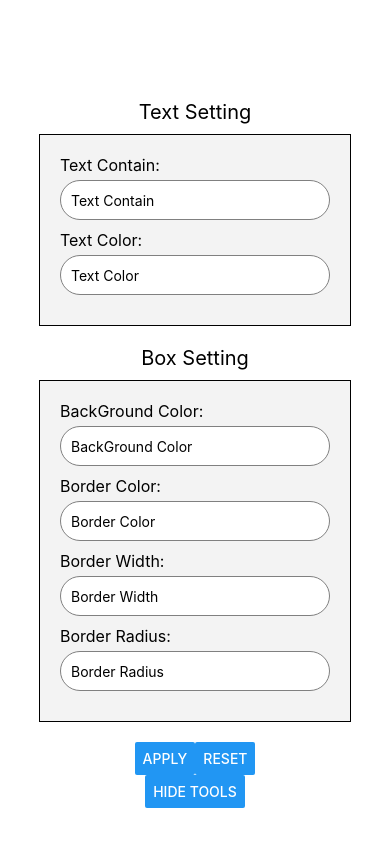
Repository: amirjavadikia/mobile-projectg
Screen: /
These files come from the project's save history. The screen is drawn as it stood at one moment and after a run of saves; the edit follows.
An inner scrolling area shows only its first screen. The app was drawn by React Native's web renderer in a window 390 px wide. The project was rebuilt for these pictures with package versions that can differ from the ones it lists, and the page was loaded fresh each time.

Above is the screen before, as saved 2024-05-13 22:24:29.

### App.tsx
//
// => BOXES PROJECT
//

// import React from 'react';
// import { View, Text, StyleSheet } from 'react-native';
// import { FontAwesomeIcon } from '@fortawesome/react-native-fontawesome';
// import { faGear } from '@fortawesome/free-solid-svg-icons/faGear';
// import { faLocationDot } from '@fortawesome/free-solid-svg-icons/faLocationDot';
// import { faAddressBook } from '@fortawesome/free-solid-svg-icons/faAddressBook';


// const MainPage = () => {
//   return (
//     <View style={styles.container}>

//       <View style={[styles.blueBackground]}>
//         <Text style={styles.text}>Welcome to my app!</Text>
//       </View>


//       <View style={[styles.box, styles.purpleBackground]}>
//       <FontAwesomeIcon icon={faLocationDot} />
//         <Text style={styles.text}>Location</Text>
//       </View>


//       <View style={[styles.box, styles.yellowBackground]}>
//       <FontAwesomeIcon icon={faGear} />
//         <Text style={styles.text}>Settings</Text>
//       </View>


//       <View style={[styles.box, styles.redBackground]}>
//       <FontAwesomeIcon icon={faAddressBook} />
//         <Text style={styles.text}>Contacts</Text>
//       </View>

//     </View>
//   );
// };

// const styles = StyleSheet.create({
//   container: {
//     justifyContent: 'center',
//     alignItems: 'center',
//     margin: 10
//   },
//   box: {
//     width: '100%',
//     height: 100,
//     borderRadius: 10,
//     marginBottom: 15,
//     justifyContent: 'center',
//     textAlign: 'center',
//     alignItems: 'center',
//   },
//   blueBackground: {
//     backgroundColor: '#01008A',
//     borderRadius: 30,
//     width: '100%',
//     height: '10%',
//     justifyContent: 'center',
//     alignItems: 'center',
//     marginBottom: 20
//   },
//   purpleBackground: {
//     backgroundColor: '#810081',
//   },
//   yellowBackground: {
//     backgroundColor: '#fea501',
//   },
//   redBackground: {
//     backgroundColor: '#fe0002',
//   },
//   text: {
//     color: 'white',
//     fontSize: 20,
//     marginLeft: 10,
//   },
// });

// export default MainPage;





//
// => MIDTERM PROJECT
//


import React, { useState } from 'react';
import { View, Text, TextInput, StyleSheet, Button, ScrollView } from 'react-native';

const App = () => {
  const [text, setText] = useState('');
  const [backgroundColor, setBackgroundColor] = useState('#fff');
  const [showTools, setShowTools] = useState(true);
  const [newText, setNewText] = useState('');
  const [newBackgroundColor, setNewBackgroundColor] = useState('');
  const [newBorderColor, setNewBorderColor] = useState('');
  const [newBorderWidth, setNewBorderWidth] = useState('');
  const [newBorderRadius, setNewBorderRadius] = useState('');

  const handleTextChange = (inputText) => {
    setNewText(inputText);
  };

  const handleBackgroundChange = (inputText) => {
    setNewBackgroundColor(inputText);
  };

  const handleBorderColorChange = (inputText) => {
    setNewBorderColor(inputText);
  };

  const handleBorderWidthChange = (inputText) => {
    setNewBorderWidth(inputText);
  };

  const handleBorderRadiusChange = (inputText) => {
    setNewBorderRadius(inputText);
  };

  const handleApplyChanges = () => {
    setText(newText);
    setBackgroundColor(newBackgroundColor);
    setNewText('');
    setNewBackgroundColor('');
    setNewBorderColor('');
    setNewBorderWidth('');
    setNewBorderRadius('');
  };

  const handleResetChanges = () => {
    setText('');
    setBackgroundColor('#fff');
    setNewText('');
    setNewBackgroundColor('');
    setNewBorderColor('');
    setNewBorderWidth('');
    setNewBorderRadius('');
  };

  const handleToggleTools = () => {
    setShowTools(!showTools);
  };

  return (
    <ScrollView contentContainerStyle={styles.scrollViewContent}>
      <View style={styles.container}>
        {showTools && (
          <>
            <Text style={styles.title}>Text Setting</Text>
            <View style={styles.section}>
              <Text style={styles.label}>Text Contain:</Text>
              <TextInput
                style={styles.input}
                onChangeText={handleTextChange}
                value={newText}
                placeholder="Text Contain"
              />
              <Text style={styles.label}>Text Color:</Text>
              <TextInput
                style={styles.input}
                onChangeText={handleBackgroundChange}
                value={newBackgroundColor}
                placeholder="Text Color"
              />
            </View>

            <Text style={styles.title}>Box Setting</Text>
            <View style={styles.section}>
              <Text style={styles.label}>BackGround Color:</Text>
              <TextInput
                style={styles.input}
                onChangeText={handleBorderColorChange}
                value={newBorderColor}
                placeholder="BackGround Color"
              />
              <Text style={styles.label}>Border Color:</Text>
              <TextInput
                style={styles.input}
                onChangeText={handleBorderColorChange}
                value={newBorderColor}
                placeholder="Border Color"
              />
              <Text style={styles.label}>Border Width:</Text>
              <TextInput
                style={styles.input}
                onChangeText={handleBorderWidthChange}
                value={newBorderWidth}
                placeholder="Border Width"
              />
              <Text style={styles.label}>Border Radius:</Text>
              <TextInput
                style={styles.input}
                onChangeText={handleBorderRadiusChange}
                value={newBorderRadius}
                placeholder="Border Radius"
              />
            </View>

            <View style={styles.buttonGroup}>
              <Button title="Apply" onPress={handleApplyChanges} />
              <Button title="Reset" onPress={handleResetChanges} />
            </View>
          </>
        )}
        <Button title={showTools ? "Hide Tools" : "Show Tools"} onPress={handleToggleTools} />
        <View style={[styles.box, { backgroundColor }]}>
          <Text>{text}</Text>
        </View>
      </View>
    </ScrollView>
  );
};

const styles = StyleSheet.create({
  scrollViewContent: {
    flexGrow: 1,
  },
  container: {
    flex: 1,
    alignItems: 'center',
    justifyContent: 'center',
    marginTop: 100,
    backgroundColor:"#fff"
  },
  section: {
    width: '80%',
    marginBottom: 20,
    backgroundColor: "#f3f3f3",
    borderWidth: 1,
    padding: 20
  },
  title: {
    fontSize: 20,
    marginBottom: 10,
  },
  label: {
    fontSize: 16,
    marginBottom: 5,
  },
  input: {
    width: '100%',
    height: 40,
    borderWidth: 1,
    borderColor: 'gray',
    marginBottom: 10,
    paddingHorizontal: 10,
    textAlign: 'left',
    borderRadius: 30,
    backgroundColor: "#fff"
  },
  box: {
    width: '80%',
    height: 100,
    backgroundColor: '#DDE30F',
    justifyContent: 'center',
    alignItems: 'center',
  },
  buttonGroup: {
    flexDirection: 'row',
    justifyContent: 'space-between',
  },
});

export default App;

After the next 2 saves:
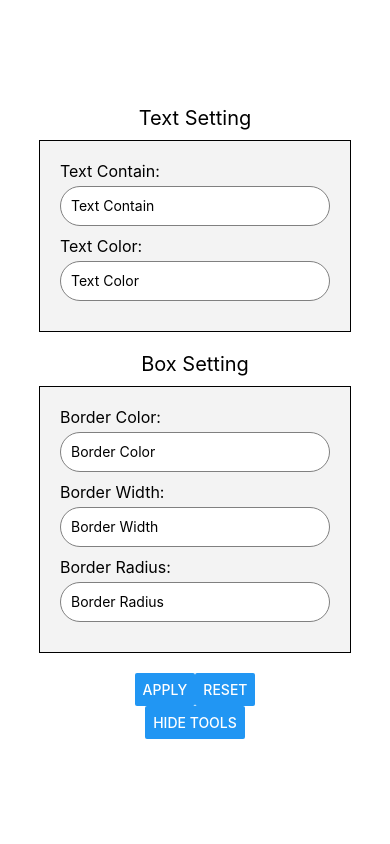
The 2 saves are shown as one change because they came seconds apart.
The last was saved 38 s later.
--- a/App.tsx
+++ b/App.tsx
@@ -173,13 +173,6 @@
 
             <Text style={styles.title}>Box Setting</Text>
             <View style={styles.section}>
-              <Text style={styles.label}>BackGround Color:</Text>
-              <TextInput
-                style={styles.input}
-                onChangeText={handleBorderColorChange}
-                value={newBorderColor}
-                placeholder="BackGround Color"
-              />
               <Text style={styles.label}>Border Color:</Text>
               <TextInput
                 style={styles.input}
@@ -227,7 +220,6 @@
     alignItems: 'center',
     justifyContent: 'center',
     marginTop: 100,
-    backgroundColor:"#fff"
   },
   section: {
     width: '80%',
@@ -258,7 +250,7 @@
   box: {
     width: '80%',
     height: 100,
-    backgroundColor: '#DDE30F',
+    backgroundColor: '#fff',
     justifyContent: 'center',
     alignItems: 'center',
   },

After the save that followed:
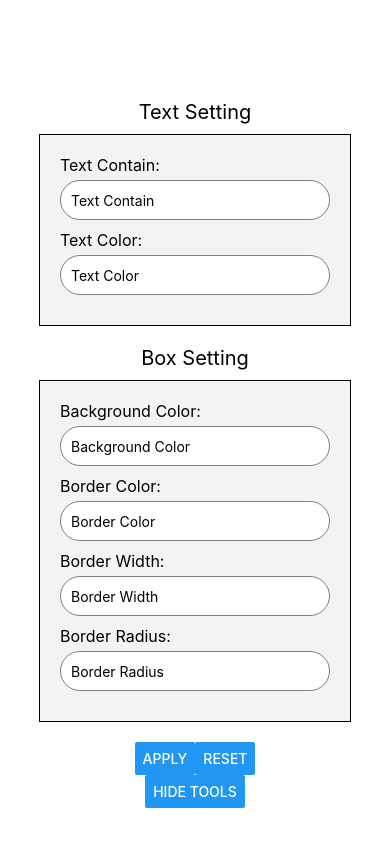
Saved 3 min 36 s later.
--- a/App.tsx
+++ b/App.tsx
@@ -99,6 +99,7 @@
   const [backgroundColor, setBackgroundColor] = useState('#fff');
   const [showTools, setShowTools] = useState(true);
   const [newText, setNewText] = useState('');
+  const [newTextColor, setNewTextColor] = useState('');
   const [newBackgroundColor, setNewBackgroundColor] = useState('');
   const [newBorderColor, setNewBorderColor] = useState('');
   const [newBorderWidth, setNewBorderWidth] = useState('');
@@ -106,6 +107,10 @@
 
   const handleTextChange = (inputText) => {
     setNewText(inputText);
+  };
+
+  const handleTextColorChange = (inputText) => {
+    setNewTextColor(inputText);
   };
 
   const handleBackgroundChange = (inputText) => {
@@ -165,14 +170,21 @@
               <Text style={styles.label}>Text Color:</Text>
               <TextInput
                 style={styles.input}
+                onChangeText={handleTextColorChange}
+                value={newTextColor}
+                placeholder="Text Color"
+              />
+            </View>
+
+            <Text style={styles.title}>Box Setting</Text>
+            <View style={styles.section}>
+              <Text style={styles.label}>Background Color:</Text>
+              <TextInput
+                style={styles.input}
                 onChangeText={handleBackgroundChange}
                 value={newBackgroundColor}
-                placeholder="Text Color"
-              />
-            </View>
-
-            <Text style={styles.title}>Box Setting</Text>
-            <View style={styles.section}>
+                placeholder="Background Color"
+              />
               <Text style={styles.label}>Border Color:</Text>
               <TextInput
                 style={styles.input}
@@ -220,6 +232,7 @@
     alignItems: 'center',
     justifyContent: 'center',
     marginTop: 100,
+    backgroundColor: '#fff',
   },
   section: {
     width: '80%',
